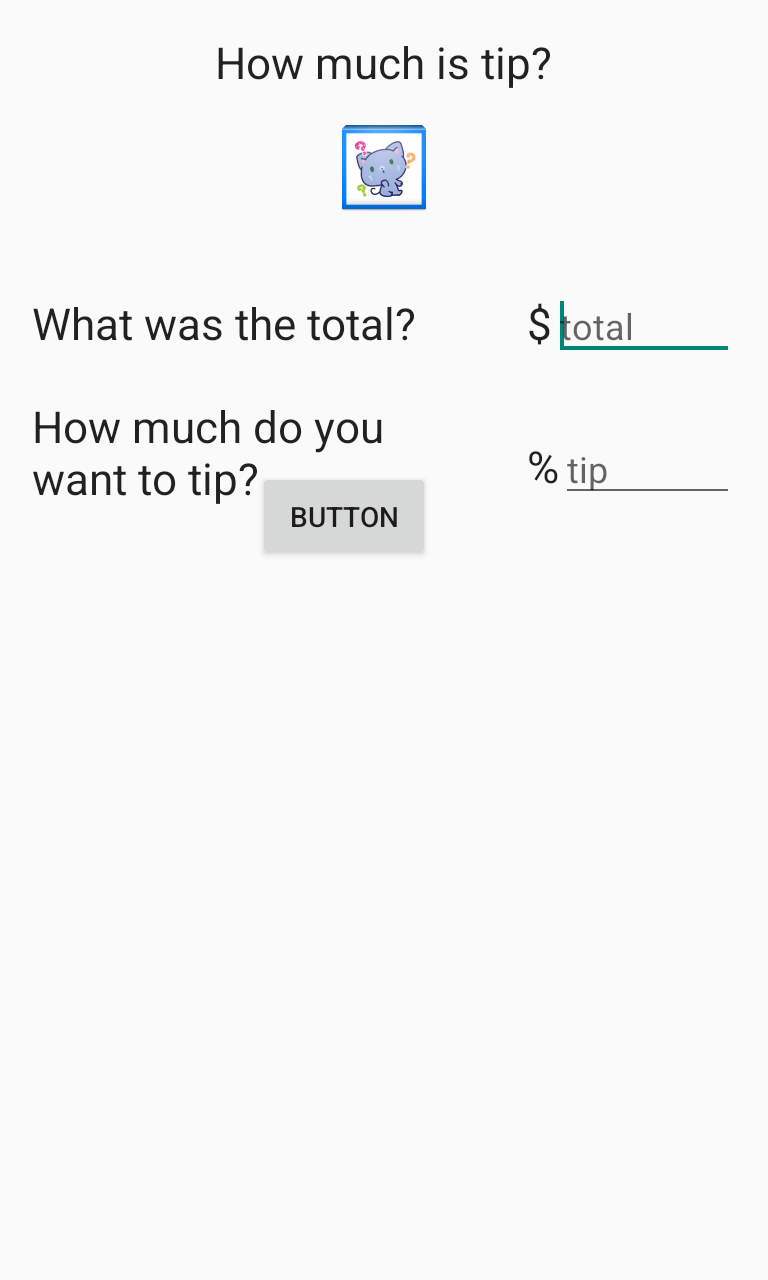
Repository: any027/BillHelper
Layout: BillHelper/res/layout/how_much_tip.xml
These files come from the project's save history. The layout is drawn as it stood at one moment and after the next save; the edit follows.
It is drawn on a 768 x 1280 px phone screen (xhdpi) without system bars, with theme AppTheme; the app's code is not run.

Above is the layout before, as saved 2015-06-29 09:07:10.

### BillHelper/res/layout/how_much_tip.xml

<RelativeLayout xmlns:android="http://schemas.android.com/apk/res/android"
    xmlns:tools="http://schemas.android.com/tools"
    android:layout_width="match_parent"
    android:layout_height="match_parent"
    android:paddingBottom="@dimen/activity_vertical_margin"
    android:paddingLeft="@dimen/activity_horizontal_margin"
    android:paddingRight="@dimen/activity_horizontal_margin"
    android:paddingTop="@dimen/activity_vertical_margin"
    tools:context="com.example.billhelper.MainActivity$PlaceholderFragment" >

    <TextView
        android:id="@+id/howMuchTitle"
        android:layout_width="wrap_content"
        android:layout_height="wrap_content"
        android:layout_centerHorizontal="true"
        android:text="@string/do_i_tip"
        android:textAppearance="?android:attr/textAppearanceLarge" />

    <ImageView
        android:id="@+id/how_much_pic"
        android:layout_width="wrap_content"
        android:layout_height="wrap_content"
        android:layout_below="@+id/howMuchTitle"
        android:layout_centerHorizontal="true"
        android:layout_marginTop="14dp"
        android:src="@drawable/how_much_tip" />

    <EditText
        android:id="@+id/how_much_total"
        android:layout_width="wrap_content"
        android:layout_height="wrap_content"
        android:layout_below="@+id/how_much_pic"
        android:layout_marginTop="33dp"
        android:layout_toRightOf="@+id/howMuchTitle"
        android:ems="10"
        android:hint="total"
        android:inputType="numberDecimal" >

        <requestFocus />
    </EditText>

    <TextView
        android:id="@+id/dollarSign"
        android:layout_width="wrap_content"
        android:layout_height="wrap_content"
        android:layout_alignBaseline="@+id/how_much_total"
        android:layout_alignBottom="@+id/how_much_total"
        android:layout_toLeftOf="@+id/how_much_total"
        android:text="$"
        android:textAppearance="?android:attr/textAppearanceLarge" />

    <TextView
        android:id="@+id/billQuestion"
        android:layout_width="wrap_content"
        android:layout_height="wrap_content"
        android:layout_alignBaseline="@+id/dollarSign"
        android:layout_alignBottom="@+id/dollarSign"
        android:layout_alignParentLeft="true"
        android:text="@string/bill_total"
        android:textAppearance="?android:attr/textAppearanceLarge" />

    <TextView
        android:id="@+id/percentSign"
        android:layout_width="wrap_content"
        android:layout_height="wrap_content"
        android:layout_alignLeft="@+id/billQuestion"
        android:layout_alignRight="@+id/billQuestion"
        android:layout_below="@+id/how_much_total"
        android:layout_marginTop="16dp"
        android:text="@string/percent_tip"
        android:textAppearance="?android:attr/textAppearanceLarge" />

    <TextView
        android:id="@+id/TextView01"
        android:layout_width="wrap_content"
        android:layout_height="wrap_content"
        android:layout_alignBaseline="@+id/editText1"
        android:layout_alignBottom="@+id/editText1"
        android:layout_alignLeft="@+id/dollarSign"
        android:text="%"
        android:textAppearance="?android:attr/textAppearanceLarge" />

    <Button
        android:id="@+id/button1"
        android:layout_width="wrap_content"
        android:layout_height="wrap_content"
        android:layout_alignRight="@+id/how_much_pic"
        android:layout_alignTop="@+id/percentSign"
        android:layout_marginTop="36dp"
        android:text="Button" />

    <EditText
        android:id="@+id/editText1"
        android:layout_width="wrap_content"
        android:layout_height="wrap_content"
        android:layout_alignBottom="@+id/percentSign"
        android:layout_toRightOf="@+id/TextView01"
        android:ems="10"
        android:hint="tip"
        android:inputType="number" />

</RelativeLayout>

### BillHelper/res/values/strings.xml
<?xml version="1.0" encoding="utf-8"?>
<resources>

    <string name="app_name">Bill helper</string>
    <string name="title_section1">Home Screen</string>
    <string name="title_section2">How much do I tip?</string>
    <string name="title_section3">How much did I tip?</string>
    <string name="title_section4">I want to split the Bill</string>
    <string name="navigation_drawer_open">Open navigation drawer</string>
    <string name="navigation_drawer_close">Close navigation drawer</string>
    <string name="action_example">Example action</string>
    <string name="action_settings">Settings</string>
    <string name="welcome">Welcome to Bill Helper!</string>
    <string name="welcome_question">What do you need help with?</string>
    <string name="did_i_tip">How much did I tip?</string>
    <string name="do_i_tip">How much is tip?</string>
    <string name="splitting">I want to split the bill</string>
    <string name="bill_total">What was the total?</string>
    <string name="percent_tip">How much do you want to tip?</string>

</resources>

Loaded but not shown: BillHelper/res/values/styles.xml (common file); BillHelper/res/values-v11/styles.xml (common file); BillHelper/res/values-v14/styles.xml (common file); BillHelper/res/values/dimens.xml (common file); BillHelper/res/values-w820dp/dimens.xml (common file)

After the next save:
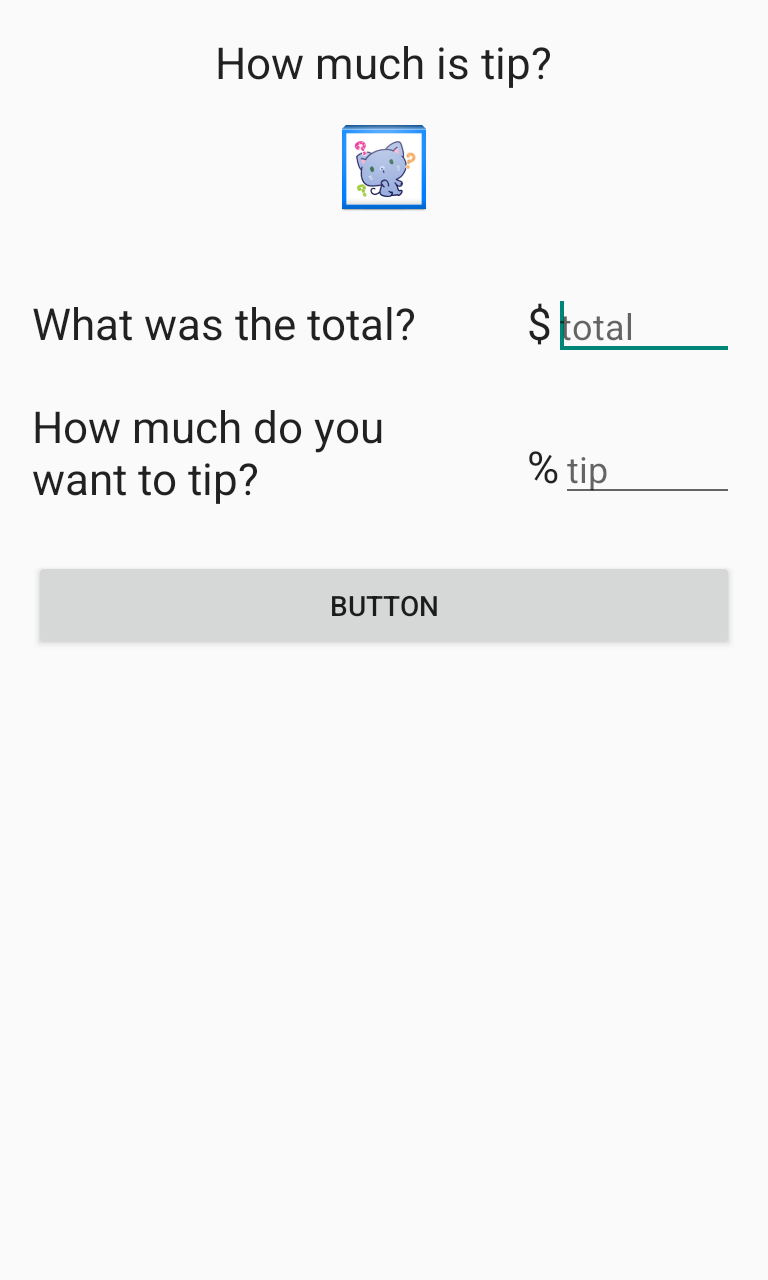
Saved 25 s later.
--- a/BillHelper/res/layout/how_much_tip.xml
+++ b/BillHelper/res/layout/how_much_tip.xml
@@ -81,15 +81,6 @@
         android:text="%"
         android:textAppearance="?android:attr/textAppearanceLarge" />
 
-    <Button
-        android:id="@+id/button1"
-        android:layout_width="wrap_content"
-        android:layout_height="wrap_content"
-        android:layout_alignRight="@+id/how_much_pic"
-        android:layout_alignTop="@+id/percentSign"
-        android:layout_marginTop="36dp"
-        android:text="Button" />
-
     <EditText
         android:id="@+id/editText1"
         android:layout_width="wrap_content"
@@ -100,4 +91,14 @@
         android:hint="tip"
         android:inputType="number" />
 
+    <Button
+        android:id="@+id/button1"
+        android:layout_width="wrap_content"
+        android:layout_height="wrap_content"
+        android:layout_alignLeft="@+id/percentSign"
+        android:layout_alignRight="@+id/editText1"
+        android:layout_below="@+id/percentSign"
+        android:layout_marginTop="25dp"
+        android:text="Button" />
+
 </RelativeLayout>
